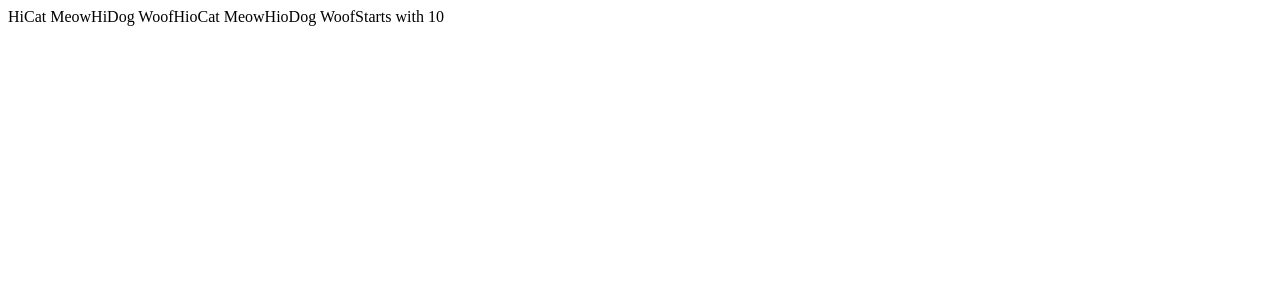
Repository: raghav3003/Simplilearn_phase4
Page: Javascript_phase_4_programs/public/start_call_bind.html
These files come from the project's save history. The page is drawn as it stood at one moment and after the next save; the edit follows.
The browser window is 1280 px wide. The pictures show the whole page.

Above is the page before, as saved 2021-06-30 09:48:47.

### Javascript_phase_4_programs/public/start_call_bind.html
<!DOCTYPE html>
<html>
<head>
<meta charset="UTF-8">
<title>Insert title here</title>
</head>
<body>

	<script type="text/javascript">
	let cat = {type: 'Cat', sound: 'Meow'};
	let dog = {type: 'Dog', sound: 'Woof'};
	let say = function (greeting){
		document.write(greeting)
		document.write(this.type+" "+this.sound)
	};
	say.apply(cat,['Hi']);
	say.apply(dog,['Hi']);
	say.call(cat,'Hio');
	say.call(dog,'Hio');
	let car = {
		speed : 5,
		start : function(){
			document.write("Starts with "+this.speed);
		}
	};
	let aircraft = {
		speed : 10,
		fly : function(){
			document.write("Flying");
		}
	};


	let taxing = car.start.bind(aircraft);
	taxing();

	</script>

</body>
</html>

After the next save:
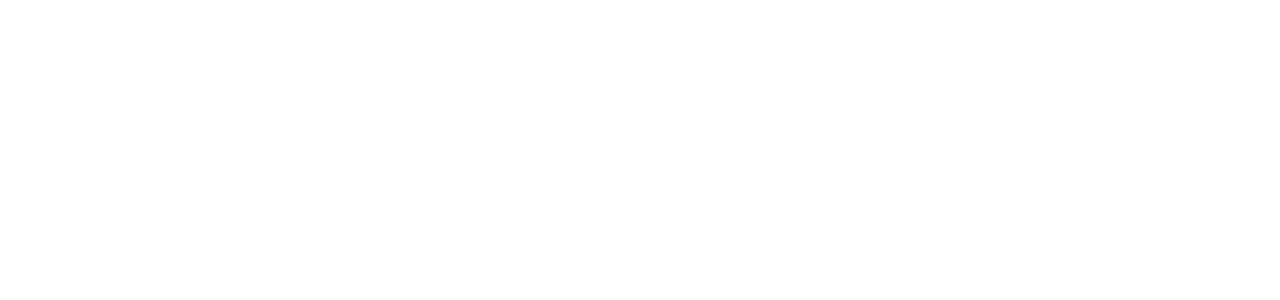
Saved 26 s later.
--- a/Javascript_phase_4_programs/public/start_call_bind.html
+++ b/Javascript_phase_4_programs/public/start_call_bind.html
@@ -6,32 +6,41 @@
 </head>
 <body>
 
-	<script type="text/javascript">
-	let cat = {type: 'Cat', sound: 'Meow'};
-	let dog = {type: 'Dog', sound: 'Woof'};
+	<script>
+	let cat = {type:'Cat',sound:'Meow'}
+	let dog = {type:'Dog',sound:'Woof'}
+
 	let say = function (greeting){
-		document.write(greeting)
-		document.write(this.type+" "+this.sound)
-	};
-	say.apply(cat,['Hi']);
-	say.apply(dog,['Hi']);
-	say.call(cat,'Hio');
-	say.call(dog,'Hio');
+		console.log(greeting)
+		console.log(this.type+" "+this.sound)
+	}
+
+	say.apply(cat,['Hi'])
+	say.apply(dog,['Hi'])
+
+
+
+	say.call(cat,'Hio')
+	say.call(dog,'Hio')
+
+
 	let car = {
 		speed : 5,
 		start : function(){
-			document.write("Starts with "+this.speed);
-		}
-	};
-	let aircraft = {
-		speed : 10,
-		fly : function(){
-			document.write("Flying");
+			console.log("Starts with "+this.speed);
 		}
 	};
 
 
-	let taxing = car.start.bind(aircraft);
+	let aircraft = {
+		speed : 10,
+		fly : function(){
+			console.log("Flying");
+		}
+	};
+
+
+	let taxing = car.start.bind(aircraft)
 	taxing();
 
 	</script>

After the save that followed:
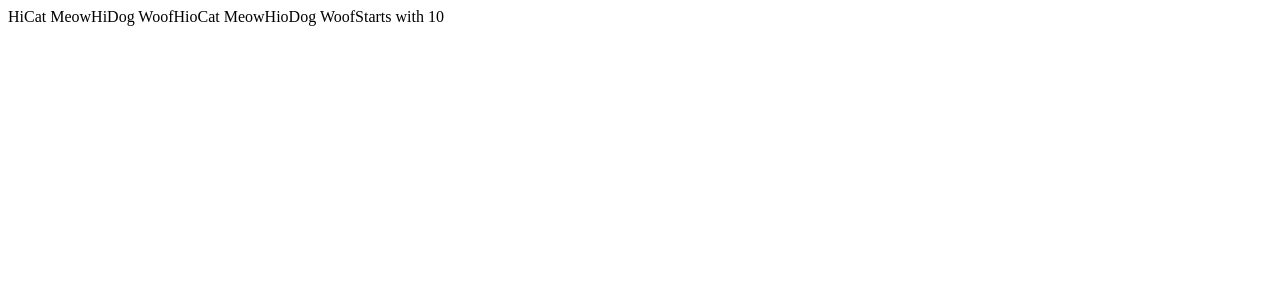
Saved 53 s later.
--- a/Javascript_phase_4_programs/public/start_call_bind.html
+++ b/Javascript_phase_4_programs/public/start_call_bind.html
@@ -11,8 +11,8 @@
 	let dog = {type:'Dog',sound:'Woof'}
 
 	let say = function (greeting){
-		console.log(greeting)
-		console.log(this.type+" "+this.sound)
+		document.write(greeting)
+		document.write(this.type+" "+this.sound)
 	}
 
 	say.apply(cat,['Hi'])
@@ -27,7 +27,7 @@
 	let car = {
 		speed : 5,
 		start : function(){
-			console.log("Starts with "+this.speed);
+			document.write("Starts with "+this.speed);
 		}
 	};
 
@@ -35,7 +35,7 @@
 	let aircraft = {
 		speed : 10,
 		fly : function(){
-			console.log("Flying");
+			document.write("Flying");
 		}
 	};
 
